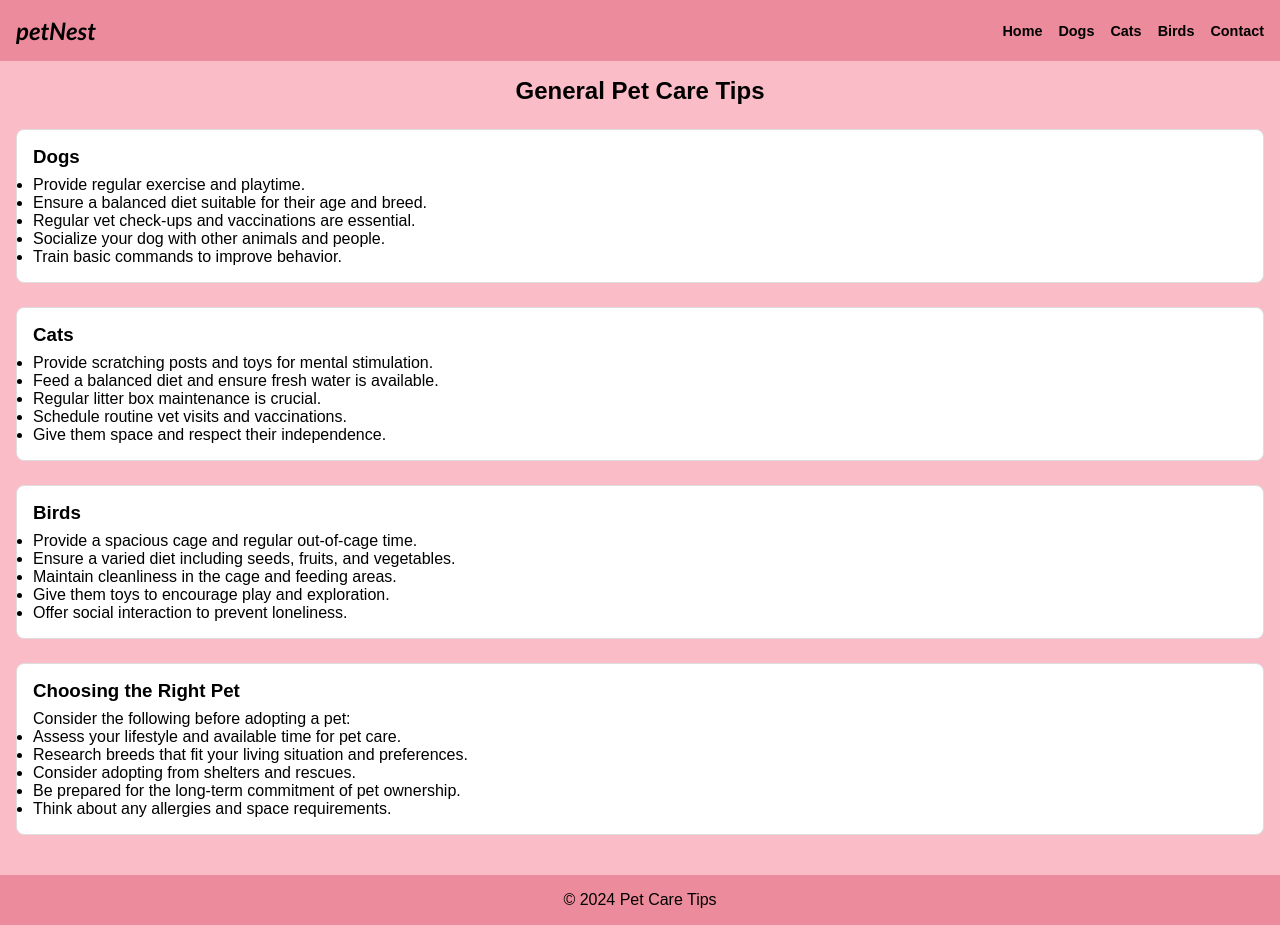
Repository: SHAHZADcodr/pet_care
Page: pages/tips.html
The author's editor kept a copy of each file at every save. The page is drawn from the files as they stood at one save, then again after a run of saves.
The browser window is 1280 px wide. The pictures show the whole page.

Above is the page before, as saved 2024-11-04 23:22:09.

### pages/tips.html
<!DOCTYPE html>
<html lang="en">
<head>
    <meta charset="UTF-8">
    <meta name="viewport" content="width=device-width, initial-scale=1.0">
    <title>Pet Care Tips</title>
    <link rel="stylesheet" href="tips.css"> <!-- Link to your CSS file -->
</head>
<body>
    <header>
        <nav>
            <h1 id="webName"><i><strong>petNest</strong></i></h1>
            <ul id="nav-links">
                <li><a href="../index.html">Home</a></li>
                <li><a href="dog.html">Dogs</a></li>
                <li><a href="cat.html">Cats</a></li>
                <li><a href="bird.html">Birds</a></li>
                <li><a href="contact.html" id="you">Contact</a></li>
            </ul>
        </nav>
    </header>
    <main class="tips">
        <h2>General Pet Care Tips</h2>
        <section>
            <h3>Dogs</h3>
            <ul>
                <li>Provide regular exercise and playtime.</li>
                <li>Ensure a balanced diet suitable for their age and breed.</li>
                <li>Regular vet check-ups and vaccinations are essential.</li>
                <li>Socialize your dog with other animals and people.</li>
                <li>Train basic commands to improve behavior.</li>
            </ul>
        </section>
        <section>
            <h3>Cats</h3>
            <ul>
                <li>Provide scratching posts and toys for mental stimulation.</li>
                <li>Feed a balanced diet and ensure fresh water is available.</li>
                <li>Regular litter box maintenance is crucial.</li>
                <li>Schedule routine vet visits and vaccinations.</li>
                <li>Give them space and respect their independence.</li>
            </ul>
        </section>
        <section>
            <h3>Birds</h3>
            <ul>
                <li>Provide a spacious cage and regular out-of-cage time.</li>
                <li>Ensure a varied diet including seeds, fruits, and vegetables.</li>
                <li>Maintain cleanliness in the cage and feeding areas.</li>
                <li>Give them toys to encourage play and exploration.</li>
                <li>Offer social interaction to prevent loneliness.</li>
            </ul>
        </section>
        <section>
            <h3>Choosing the Right Pet</h3>
            <p>Consider the following before adopting a pet:</p>
            <ul>
                <li>Assess your lifestyle and available time for pet care.</li>
                <li>Research breeds that fit your living situation and preferences.</li>
                <li>Consider adopting from shelters and rescues.</li>
                <li>Be prepared for the long-term commitment of pet ownership.</li>
                <li>Think about any allergies and space requirements.</li>
            </ul>
        </section>
    </main>
    <footer>
        <p>&copy; 2024 Pet Care Tips</p>
    </footer>
</body>
</html>

### pages/tips.css
/* General Reset */
* {
    margin: 0;
    padding: 0;
    box-sizing: border-box;
}
:root{
    --bg-background-color:rgb(236, 139, 155);
    --bg--body-color:rgb(250, 189, 199);
}

/* Basic Layout */
body {
    font-family: Arial, sans-serif;
    display: flex;
    flex-direction: column;
    min-height: 100vh; /* Ensures body takes full height of the viewport */
    background-color:var(--bg--body-color);
}


header {
    background-color:var(--bg-background-color);
    padding: 1rem;
    color: black;;
}

nav {
    display: flex;
    justify-content: space-between;
    align-items: center;
}

#nav-links {
    list-style-type: none;
    display: flex;
    gap: 1rem;
}

#nav-links a {
    color:black;
    text-decoration: none;
    font-size:0.9rem;
    font-weight: 600;
    transition:color 0.2s;
}
#nav-links a:hover{
    color:white!important;
}
/*Website name*/
#webName{
    font-family: 'Gill Sans', 'Gill Sans MT', Calibri, 'Trebuchet MS', sans-serif;
}
#webName:hover{
    color:aliceblue;
}

main.tips {
    flex-grow: 1; /* Allows the main content to grow and push footer down */
    padding: 1rem;
}

h2 {
    text-align: center;
    margin-bottom: 1rem;
}

section {
    margin: 1.5rem 0;
    padding: 1rem;
    background-color: #fff;
    border: 1px solid #ddd;
    border-radius: 8px;
}

h3 {
    margin-bottom: 0.5rem;
}

footer {
    background-color:var(--bg-background-color);
    text-align: center;
    padding: 1rem;
    margin-top: auto; /* Push footer to the bottom */
}

/* Responsive Design */
@media (max-width: 600px) {
    nav ul {
        display: flex;
        flex-direction: column;
        align-items: center;
    }

    nav ul li {
        margin: 0.5rem 0;
    }

    section {
        padding: 0.5rem;
    }
}

After the next 3 saves:
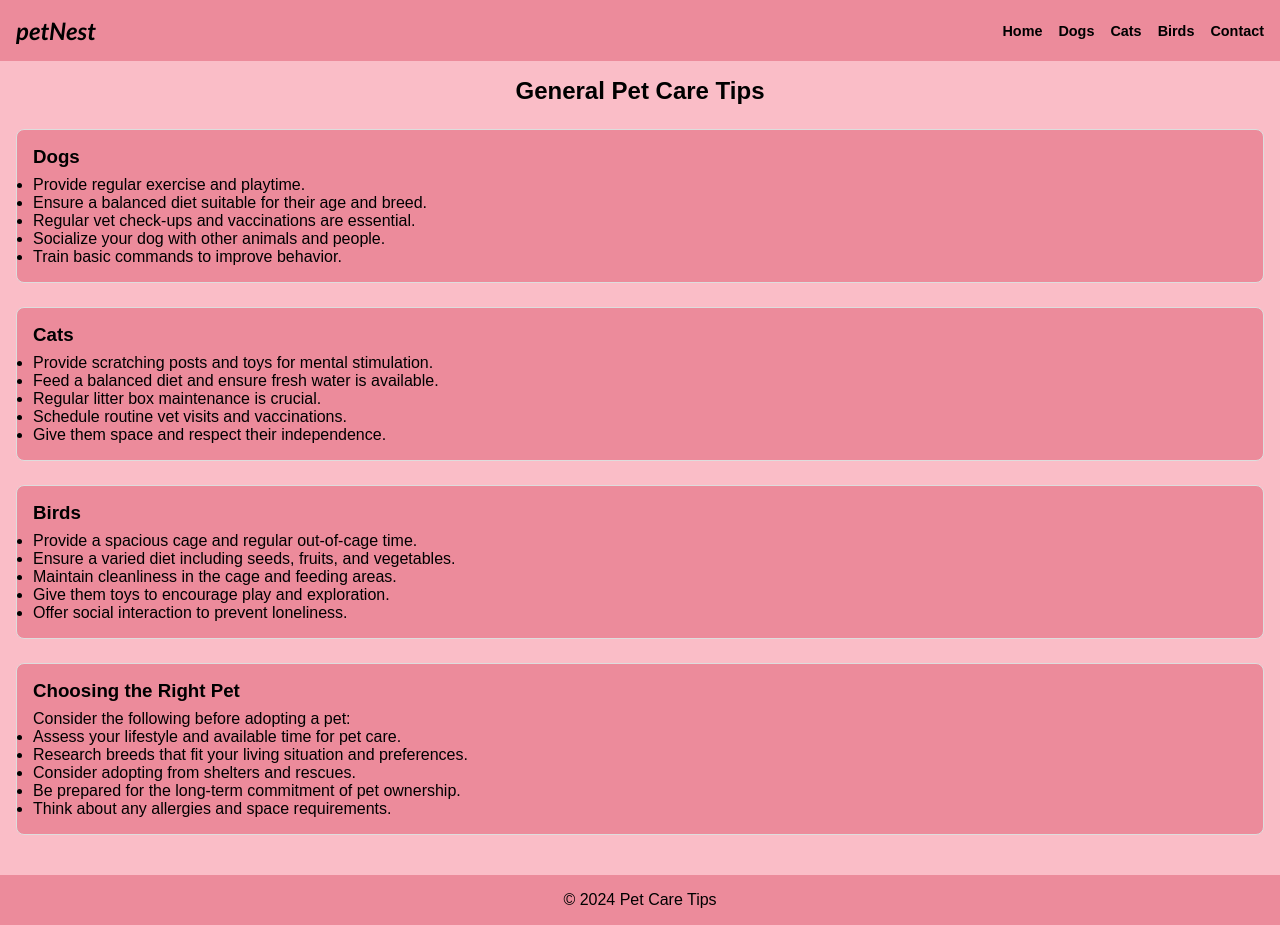
The 3 saves are shown as one change because they came seconds apart.
The last was saved 25 s later.
--- a/pages/tips.css
+++ b/pages/tips.css
@@ -68,7 +68,7 @@ h2 {
 section {
     margin: 1.5rem 0;
     padding: 1rem;
-    background-color: #fff;
+    background-color:var(--bg-background-color);
     border: 1px solid #ddd;
     border-radius: 8px;
 }
